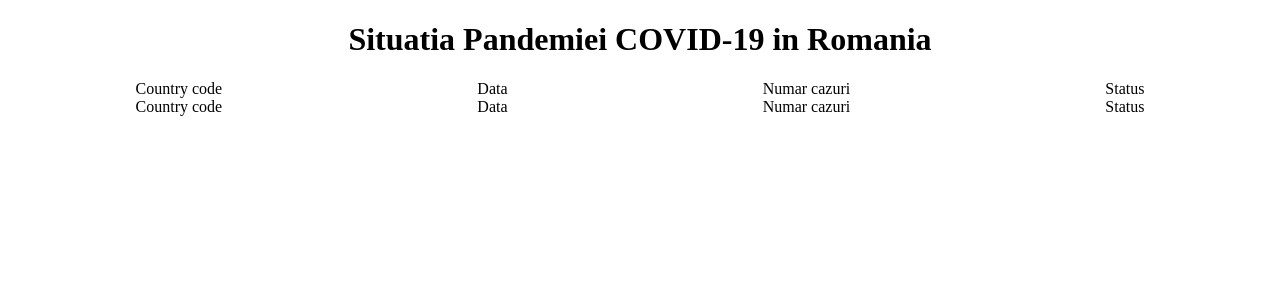
Repository: leonardpirlog/cc_2020_PL
Page: home.html
The author's editor kept a record of every edit. The page is drawn from the files as they stood at one moment, then again after the next edit.
The browser window is 1280 px wide. The pictures show the whole page.
The page's requests for data from a server got no answer.

Above is the page before.

After the next edit:
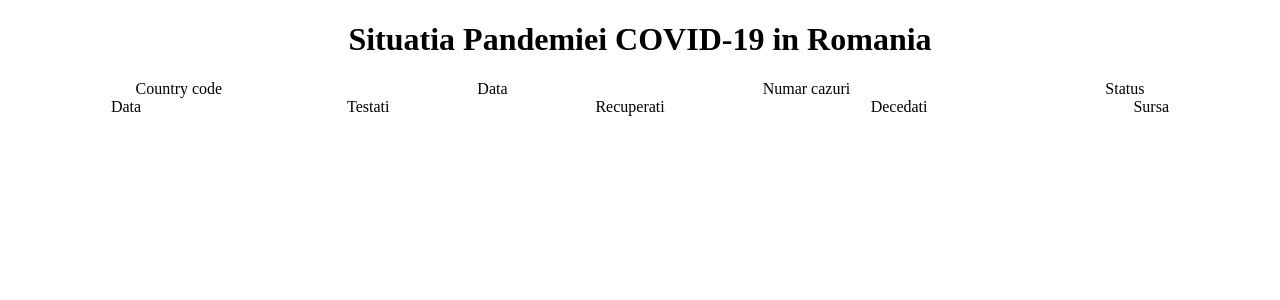
The edit:
--- a/home.html
+++ b/home.html
@@ -33,10 +33,11 @@
         <div class="api2_data">
             <div id="api2_table" class="api_table">
                 <div class="api_header">
-                    <div>Country code</div>
                     <div>Data</div>
-                    <div>Numar cazuri</div>
-                    <div>Status</div>
+                    <div>Testati</div>
+                    <div>Recuperati</div>
+                    <div>Decedati</div>
+                    <div>Sursa</div>
                 </div>
                 <div class="api_body">
 
